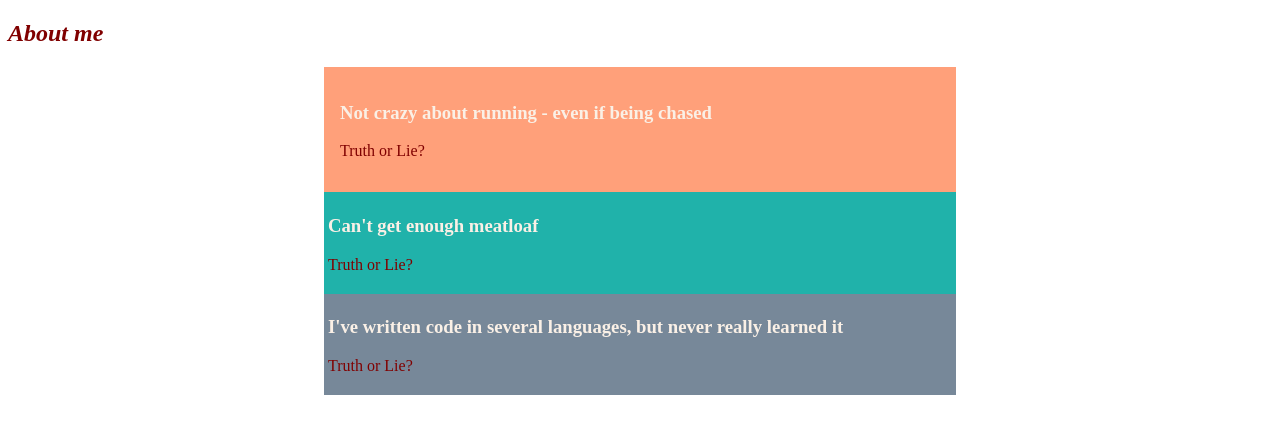
Repository: rodwestmoreland/1150
Page: 2Truths1Lie/index.html
The author's editor kept a copy of each file at every save. The page is drawn from the files as they stood at one save, then again after the next save.
The browser window is 1280 px wide. The pictures show the whole page.

Above is the page before, as saved 2021-01-25 11:27:04.

After the next save:
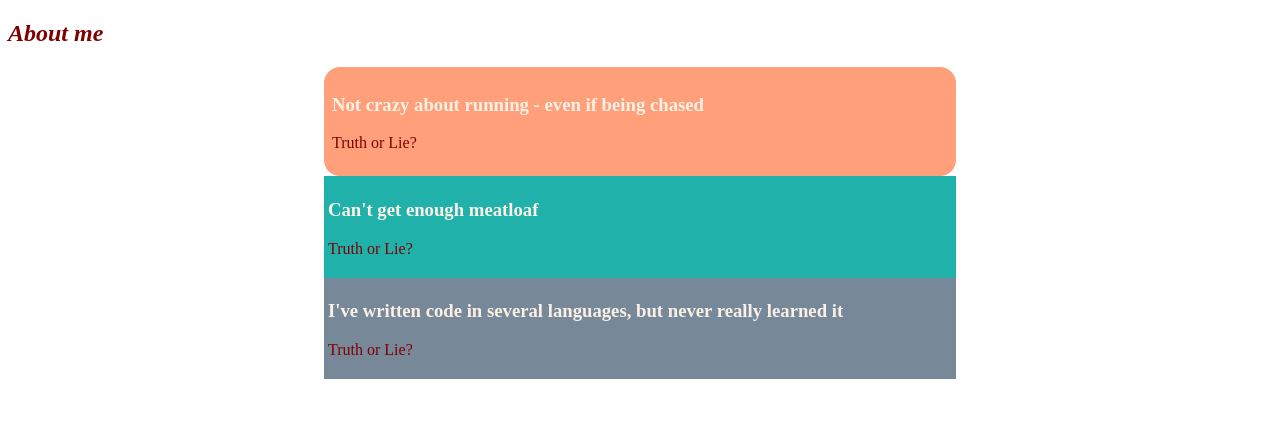
Saved 48 s later.
--- a/2Truths1Lie/style.css
+++ b/2Truths1Lie/style.css
@@ -17,7 +17,8 @@ h2 {
 
 .one {
     background-color: lightsalmon;
-    padding: 1em;
+    padding: .5em;
+    border-radius: 1em;
 }
 
 .two {
